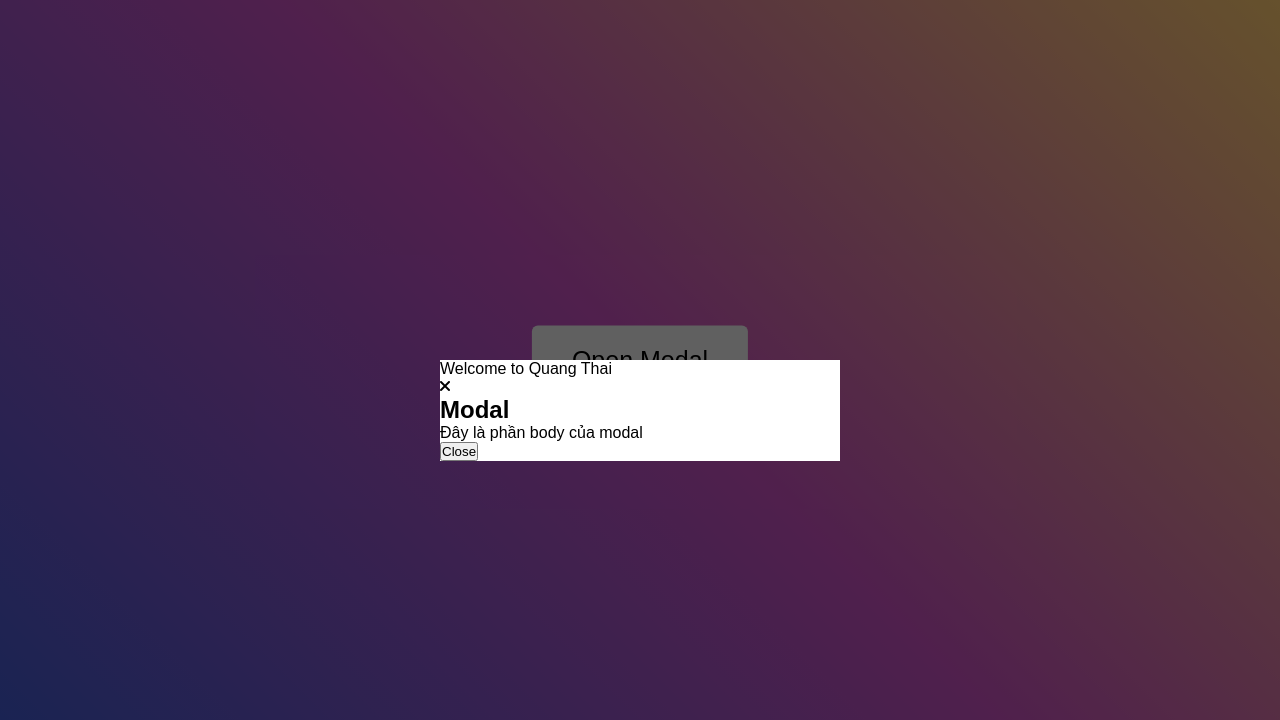
Repository: QUANGTHAI2003/modal
Page: index.html
The author's editor kept a copy of each file at every save. The page is drawn from the files as they stood at one save, then again after the next save.
The browser window is 1280 px wide. The pictures show the whole page.

Above is the page before, as saved 2022-02-28 21:39:07.

After the next save:
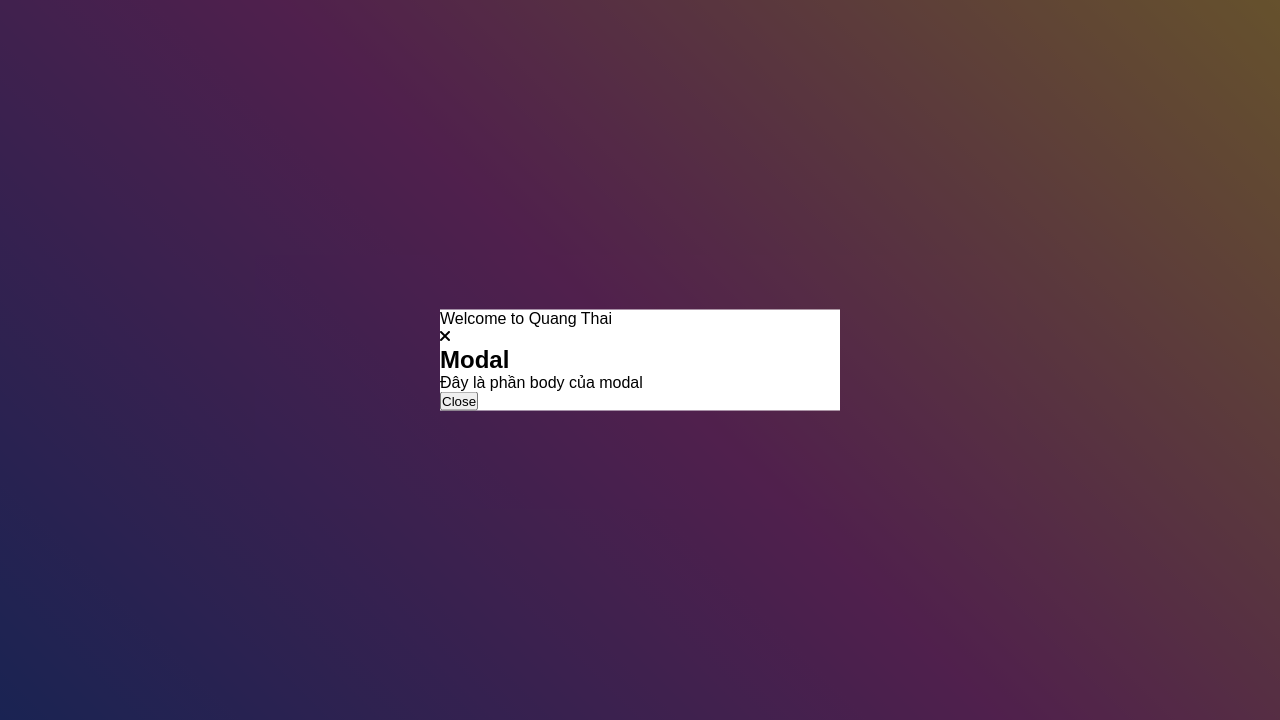
Saved 39 s later.
--- a/style.css
+++ b/style.css
@@ -41,6 +41,7 @@ body {
     width: 400px;
     position: relative;
     top: 50%;
+    transform: translateY(-50%);
     margin: 0 auto;
     background: white;
 }
